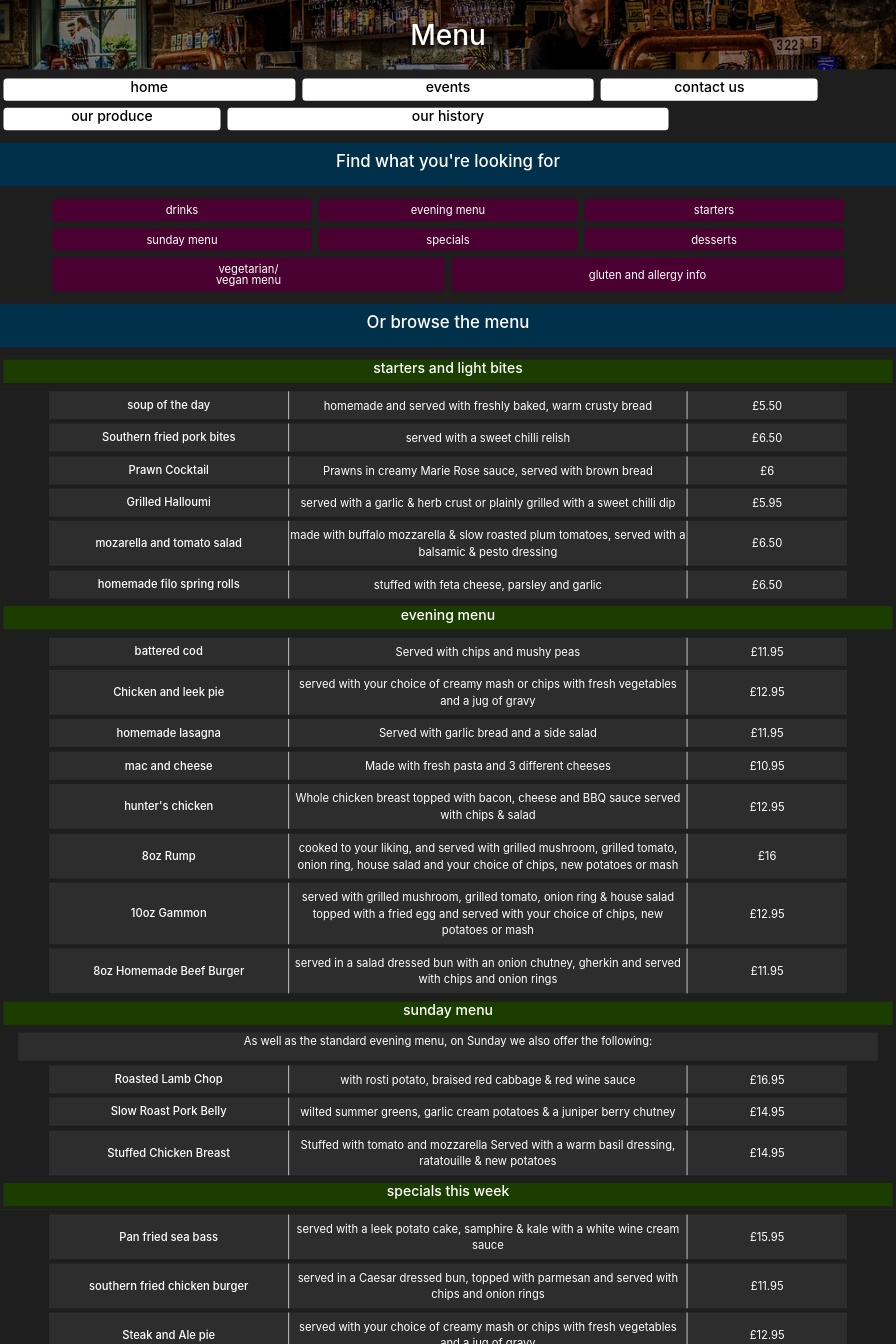
Repository: Code-Institute-Submissions/JamesLStudent-Milestone_One
Page: menu.html
The author's editor kept a record of every edit. The page is drawn from the files as they stood at one moment, then again after the next edit.
The browser window is 1280 px wide. The pictures show the part of the page from y = 0 to 1920 px (the page is 3197 px tall), at 70% of full size.

Above is the page before.
Console error: TypeError: Cannot read properties of undefined (reading 'fn')

### menu.html
<!DOCTYPE html>
<html lang="en">

<head>
    <meta charset="UTF-8">
    <meta name="viewport" content="width=device-width, initial-scale=1.0">
    <meta http-equiv="X-UA-Compatible" content="ie=edge">
    <title>Old Inn - Menu</title>
    <link href="Assets/main.css" rel="stylesheet" type="text/css" />
    <link rel="stylesheet" href="https://stackpath.bootstrapcdn.com/bootstrap/4.3.1/css/bootstrap.min.css" integrity="sha384-ggOyR0iXCbMQv3Xipma34MD+dH/1fQ784/j6cY/iJTQUOhcWr7x9JvoRxT2MZw1T" crossorigin="anonymous">
    <script src="https://stackpath.bootstrapcdn.com/bootstrap/4.3.1/js/bootstrap.min.js" integrity="sha384-JjSmVgyd0p3pXB1rRibZUAYoIIy6OrQ6VrjIEaFf/nJGzIxFDsf4x0xIM+B07jRM" crossorigin="anonymous"></script>
</head>

<body class="bg">
    <div class="menu-h1-background">
        <h1>Menu</h1>
    </div>

    <div class="dropdown-vis">
        <input id="check01" type="checkbox" name="menu" />
        <label class="black-text navigation-menu" for="check01"><h5>more info</h5></label>
        <ul class="submenu">
            <li>
                <a href="index.html">
                    <div class="col-6 col-md-12 col-lg-3 navigation-item black-text">
                        <h5>home</h5>
                    </div>
                </a>
                <a href="events.html">
                    <div class="col-6 col-md-12 col-lg-3 navigation-item black-text">
                        <h5>events</h5>
                    </div>
                </a>
                <a href="contacts.html">
                    <div class="col-12 col-md-12 col-lg-3 navigation-item black-text">
                        <h5>contact us</h5>
                    </div>
                </a>
                <a href="produce.html">
                    <div class="col-12 col-md-12 col-lg-3 navigation-item black-text">
                        <h5>our produce</h5>
                    </div>
                </a>
                <a href="history.html">
                    <div class="col-12 col-md-12 col-lg-3 navigation-item black-text">
                        <h5>our history</h5>
                    </div>
                </a>
            </li>
        </ul>
    </div>
    <div class="desktop-nav">
        <a href="index.html">
            <div class="col-6 col-md-12 col-lg-4 navigation-item black-text">
                <h5>home</h5>
            </div>
        </a>
        <a href="events.html">
            <div class="col-6 col-md-12 col-lg-4 navigation-item black-text">
                <h5>events</h5>
            </div>
        </a>
        <a href="contacts.html">
            <div class="col-12 col-md-12 col-lg-3 navigation-item black-text">
                <h5>contact us</h5>
            </div>
        </a>
        <a href="produce.html">
            <div class="col-12 col-md-12 col-lg-3 navigation-item black-text">
                <h5>our produce</h5>
            </div>
        </a>
        <a href="history.html">
            <div class="col-12 col-md-12 col-lg-6 navigation-item black-text">
                <h5>our history</h5>
            </div>
        </a>
    </div>
    <div class="centerer">
        <div class="subtitle">
            <h4>Find what you're looking for</h4>
        </div>
        <div class="spacer"></div>
        <div class="container">
            <div class="row">
                <a href="#drinks" class="small-link col-4">
                    <p class="vert-align">drinks</p>
                </a>
                <a href="#evening" class="small-link col-4">
                    <p class="vert-align">evening menu</p>
                </a>
                <a href="#starters" class="small-link col-4">
                    <p class="vert-align">starters</p>
                </a>
                <a href="#sunday" class="small-link col-4">
                    <p class="vert-align">sunday menu</p>
                </a>
                <a href="#specials" class="small-link col-4">
                    <p class="vert-align">specials</p>
                </a>
                <a href="#desserts" class="small-link col-4">
                    <p class="vert-align">desserts</p>
                </a>
                <a href="#vegan" class="small-link col-6">
                    <p class="vert-align">vegetarian/<br>vegan menu</p>
                </a>
                <a href="#gluten" class="small-link col-6">
                    <p class="vert-align">gluten and allergy info</p>
                </a>
            </div>
        </div>
        <div class="subtitle">
            <h4>Or browse the menu</h4>
        </div>
        <div class="spacer"></div>
        <div class="sub-box">
            <h5 id="starters">starters and light bites</h5>
        </div>
        <div class="alt-link container">
            <div class="row">
                <span class="food">
                    <h6 class="vert-align">
                        soup of the day
                    </h6>
                </span>
                <span class="food-desc ">
                    <p class="vert-align">
                        homemade and served with freshly baked, warm crusty bread
                    </p>
                </span>
                <span class="food-cost">
                    <p class="vert-align">
                        £5.50
                    </p>
                </span>
            </div>
        </div>
        <div class="alt-link container">
            <div class="row">
                <span class="food">
                    <h6 class="vert-align">
                        Southern fried pork bites
                    </h6>
                </span>
                <span class="food-desc">
                    <p class="vert-align">
                        served with a sweet chilli relish
                    </p>
                </span>
                <span class="food-cost">
                    <p class="vert-align">£6.50</p>
                </span>
            </div>
        </div>
        <div class="alt-link container">
            <div class="row">
                <span class="food">
                    <h6 class="vert-align">Prawn Cocktail</h6>
                </span>
                <span class="food-desc">
                    <p class="vert-align">Prawns in creamy Marie Rose sauce, served with brown bread</p>
                </span>
                <span class="food-cost">
                    <p class="vert-align">£6</p>
                </span>
            </div>
        </div>
        <div class="alt-link container">
            <div class="row">
                <span class="food">
                    <h6 class="vert-align">Grilled Halloumi</h6>
                </span>
                <span class="food-desc">
                    <p class="vert-align">served with a garlic & herb crust or plainly grilled with a sweet chilli dip</p>
                </span>
                <span class="food-cost">
                    <p class="vert-align">£5.95</p>
                </span>
            </div>
        </div>
        <div class="alt-link container">
            <div class="row">
                <span class="food">
                    <h6 class="vert-align">mozarella and tomato salad</h6>
                </span>
                <span class="food-desc">
                    <p class="vert-align">made with buffalo mozzarella & slow roasted plum tomatoes, served with a balsamic & pesto dressing</p>
                </span>
                <span class="food-cost">
                    <p class="vert-align">£6.50</p>
                </span>
            </div>
        </div>
        <div class="alt-link container">
            <div class="row">
                <span class="food">
                    <h6 class="vert-align">homemade filo spring rolls</h6>
                </span>
                <span class="food-desc">
                    <p class="vert-align">stuffed with feta cheese, parsley and garlic</p>
                </span>
                <span class="food-cost">
                    <p class="vert-align">£6.50</p>
                </span>
            </div>
        </div>
        <div class="sub-box">
            <h5 id="evening">evening menu</h5>
        </div>
        <div class="alt-link container">
            <div class="row">
                <span class="food">
                    <h6 class="vert-align">battered cod</h6>
                </span>
                <span class="food-desc">
                    <p class="vert-align">Served with chips and mushy peas</p>
                </span>
                <span class="food-cost">
                    <p class="vert-align">£11.95</p>
                </span>
            </div>
        </div>
        <div class="alt-link container">
            <div class="row">
                <span class="food">
                    <h6 class="vert-align">Chicken and leek pie</h6>
                </span>
                <span class="food-desc">
                    <p class="vert-align">served with your choice of creamy mash or chips with fresh vegetables and a jug of gravy</p>
                </span>
                <span class="food-cost">
                    <p class="vert-align">£12.95</p>
                </span>
            </div>
        </div>
        <div class="alt-link container">
            <div class="row">
                <span class="food">
                    <h6 class="vert-align">homemade lasagna</h6>
                </span>
                <span class="food-desc">
                    <p class="vert-align">Served with garlic bread and a side salad</p>
                </span>
                <span class="food-cost">
                    <p class="vert-align">£11.95</p>
                </span>
            </div>
        </div>
        <div class="alt-link container">
            <div class="row">
                <span class="food">
                    <h6 class="vert-align">mac and cheese</h6>
                </span>
                <span class="food-desc">
                    <p class="vert-align">Made with fresh pasta and 3 different cheeses</p>
                </span>
                <span class="food-cost">
                    <p class="vert-align">£10.95</p>
                </span>
            </div>
        </div>
        <div class="alt-link container">
            <div class="row">
                <span class="food">
                    <h6 class="vert-align">hunter's chicken</h6>
                </span>
                <span class="food-desc">
                    <p class="vert-align">Whole chicken breast topped with bacon, cheese and BBQ sauce served with chips & salad</p>
                </span>
                <span class="food-cost">
                    <p class="vert-align">£12.95</p>
                </span>
            </div>
        </div>
        <div class="alt-link container">
            <div class="row">
                <span class="food">
                    <h6 class="vert-align">8oz Rump</h6>
                </span>
                <span class="food-desc">
                    <p class="vert-align">cooked to your liking, and served with grilled mushroom, grilled tomato, onion ring, house salad and your choice of chips, new potatoes or mash</p>
                </span>
                <span class="food-cost">
                    <p class="vert-align">£16</p>
                </span>
            </div>
        </div>
        <div class="alt-link container">
            <div class="row">
                <span class="food">
                    <h6 class="vert-align">10oz Gammon</h6>
                </span>
                <span class="food-desc">
                    <p class="vert-align">served with grilled mushroom, grilled tomato, onion ring & house salad topped with a fried egg and served with your choice of chips, new potatoes or mash </p>
                </span>
                <span class="food-cost">
                    <p class="vert-align">£12.95</p>
                </span>
            </div>
        </div>
        <div class="alt-link container">
            <div class="row">
                <span class="food">
                    <h6 class="vert-align">8oz Homemade Beef Burger</h6>
                </span>
                <span class="food-desc">
                    <p class="vert-align">served in a salad dressed bun with an onion chutney, gherkin and served with chips and onion rings</p>
                </span>
                <span class="food-cost">
                    <p class="vert-align">£11.95</p>
                </span>
            </div>
        </div>
        <div class="sub-box">
            <h5 id="sunday">sunday menu</h5>
        </div>
        <div class="alt-link">
            <p>As well as the standard evening menu, on Sunday we also offer the following:</p>
        </div>
        <div class="alt-link container">
            <div class="row">
                <span class="food">
                    <h6 class="vert-align">Roasted Lamb Chop</h6>
                </span>
                <span class="food-desc">
                    <p class="vert-align">with rosti potato, braised red cabbage & red wine sauce</p>
                </span>
                <span class="food-cost">
                    <p class="vert-align">£16.95</p>
                </span>
            </div>
        </div>
        <div class="alt-link container">
            <div class="row">
                <span class="food">
                    <h6 class="vert-align">Slow Roast Pork Belly</h6>
                </span>
                <span class="food-desc">
                    <p class="vert-align">wilted summer greens, garlic cream potatoes & a juniper berry chutney</p>
                </span>
                <span class="food-cost">
                    <p class="vert-align">£14.95</p>
                </span>
            </div>
        </div>
        <div class="alt-link container">
            <div class="row">
                <span class="food">
                    <h6 class="vert-align">Stuffed Chicken Breast</h6>
                </span>
                <span class="food-desc">
                    <p class="vert-align">Stuffed with tomato and mozzarella Served with a warm basil dressing, ratatouille & new potatoes</p>
                </span>
                <span class="food-cost">
                    <p class="vert-align">£14.95</p>
                </span>
            </div>
        </div>
        <div class="sub-box">
            <h5 id="specials">specials this week</h5>
        </div>
        <div class="alt-link container">
            <div class="row">
                <span class="food">
                    <h6 class="vert-align">Pan fried sea bass</h6>
                </span>
                <span class="food-desc">
                    <p class="vert-align">served with a leek potato cake, samphire & kale with a white wine cream sauce</p>
                </span>
                <span class="food-cost">
                    <p class="vert-align">£15.95</p>
                </span>
            </div>
        </div>
        <div class="alt-link container">
            <div class="row">
                <span class="food">
                    <h6 class="vert-align">southern fried chicken burger</h6>
                </span>
                <span class="food-desc">
                    <p class="vert-align">served in a Caesar dressed bun, topped with parmesan and served with chips and onion rings</p>
                </span>
                <span class="food-cost">
                    <p class="vert-align">£11.95</p>
                </span>
            </div>
        </div>
        <div class="alt-link container">
            <div class="row">
                <span class="food">
                    <h6 class="vert-align">Steak and Ale pie</h6>
                </span>
                <span class="food-desc">
                    <p class="vert-align">served with your choice of creamy mash or chips with fresh vegetables and a jug of gravy</p>
                </span>
                <span class="food-cost">
                    <p class="vert-align">£12.95</p>
                </span>
            </div>
        </div>
        <div class="sub-box">
            <h5 id="desserts">desserts</h5>
        </div>
        <div class="alt-link container">
            <div class="row">
                <span class="food">
                    <h6 class="vert-align">lemon cheesecake</h6>
                </span>
                <span class="food-desc ">
                    <p class="vert-align">made in-house with fresh lemon and served with either cream or ice cream</p>
                </span>
                <span class="food-cost">
                    <p class="vert-align">£5.50</p>
                </span>
            </div>
        </div>
        <div class="alt-link container">
            <div class="row">
                <span class="food">
                    <h6 class="vert-align">hot chocolate fudgecake</h6>
                </span>
                <span class="food-desc">
                    <p class="vert-align">with chocolate sauce melted chocolate fudge, served with ice cream or cream</p>
                </span>
                <span class="food-cost">
                    <p class="vert-align">£6</p>
                </span>
            </div>
        </div>
        <div class="alt-link container">
            <div class="row">
                <span class="food">
                    <h6 class="vert-align">raspberry pavlova</h6>
                </span>
                <span class="food-desc">
                    <p class="vert-align">with chewy meringue and sweet raspberries and cream</p>
                </span>
                <span class="food-cost">
                    <p class="vert-align">£5.50</p>
                </span>
            </div>
        </div>
        <div class="sub-box">
            <h5 id="vegan">vegan and vegetarian options</h5>
        </div>
        <div class="alt-link container">
            <div class="row">
                <span class="food">
                    <h6 class="vert-align">vegetable chilli</h6>
                </span>
                <span class="food-desc ">
                    <p class="vert-align">made with roast vegetables with a sauce made in-house and served with fluffy rice. sour cream available for vegetarians</p>
                </span>
                <span class="food-cost">
                    <p class="vert-align">£9.50</p>
                </span>
            </div>
        </div>
        <div class="alt-link container">
            <div class="row">
                <span class="food">
                    <h6 class="vert-align">asparagus and lemon spaghetti</h6>
                </span>
                <span class="food-desc">
                    <p class="vert-align">made with fresh ingredients and served in a creamy vegan sauce</p>
                </span>
                <span class="food-cost">
                    <p class="vert-align">£9</p>
                </span>
            </div>
        </div>
        <div class="alt-link container">
            <div class="row">
                <span class="food">
                    <h6 class="vert-align">pizza margherita</h6>
                </span>
                <span class="food-desc">
                    <p class="vert-align">made with vegan mozzarella and homemade tomato sauce on a crispy pizza base</p>
                </span>
                <span class="food-cost">
                    <p class="vert-align">£11.50</p>
                </span>
            </div>
        </div>
        <div class="sub-box">
            <h5 id="drinks">drinks</h5>
        </div>
        <div class="alt-link container">
            <div class="row">
                <span class="food">
                    <h6 class="vert-align">Punk IPA</h6>
                </span>
                <span class="food-desc">
                    <p class="vert-align">Light gold in colour, a perfect match for spicy food or an excellent compliment to a blue cheese</p>
                </span>
                <span class="food-cost">
                    <p class="vert-align">£7</p>
                </span>
            </div>
        </div>
        <div class="alt-link container">
            <div class="row">
                <span class="food">
                    <h6 class="vert-align">Doombar bitter</h6>
                </span>
                <span class="food-desc">
                    <p class="vert-align">A creamy, nutty malt with a dry finish</p>
                </span>
                <span class="food-cost">
                    <p class="vert-align">£6</p>
                </span>
            </div>
        </div>
        <div class="alt-link container">
            <div class="row">
                <span class="food">
                    <h6 class="vert-align">Gem amber ale</h6>
                </span>
                <span class="food-desc">
                    <p class="vert-align">A creamy, nutty malt with a dry finish</p>
                </span>
                <span class="food-cost">
                    <p class="vert-align">£6.50</p>
                </span>
            </div>
        </div>
        <div class="sub-box">
            <h5 id="gluten">gluten and allergy information</h5>
        </div>
        <div class="alt-link">
            <p>our recipes are subject to regular change because we constantly strive to improve. unfortunately, this means we can't always be certain about which foods have gluten or allergens - if you're unsure, ask us in-house, and we'll do our best to
                help you out.</p>
        </div>
        <div class="spacer"></div>
        <footer>
            <div class="footer">
                <div class="col-12 footer-div text-muted">
                    <h5>contact</h5>
                </div>
                <div class="col-12 col-md-6 col-lg-8 left footer-div text-muted left-align">
                    <h6>opening times</h6>
                    <p class="left-align">
                        </br>
                        Mon - Thu: 11:00 - 23:00</br>
                        Fri - Sat: 11:00 - 00:00</br>
                        Sun: 12:00 - 22:30</br>
                        </br>
                    </p>
                    <h6>food served</h6>
                    <p class="left-align">
                        </br>
                        Mon - Fri: 12:00 - 14:30, 17:00 - 21:00</br>
                        Sat: 12:00 - 21:00</br>
                        Sun: 12:00 - 15:00, 17:30 - 20:00</p>
                </div>
                <div class="col-12 col-md-6 col-lg-4 left footer-div text-muted left-align">
                    <h6>contact details</h6>
                    <p class="left-align">
                        </br>Fake Street, Coalpit Heath, Bristol, FA73 0NE</br>01454 123456</br>
                        info@oldinncoalpitheath.co.uk</p>
                    <h6>
                        </br>follow us</h6>
                    <p>
                        </br>facebook link</p>
                </div>
            </div>
        </footer>
    </div>
</body>

</html>

Loaded but not shown: Assets/main.css (452 lines, source omitted)

After the next edit:
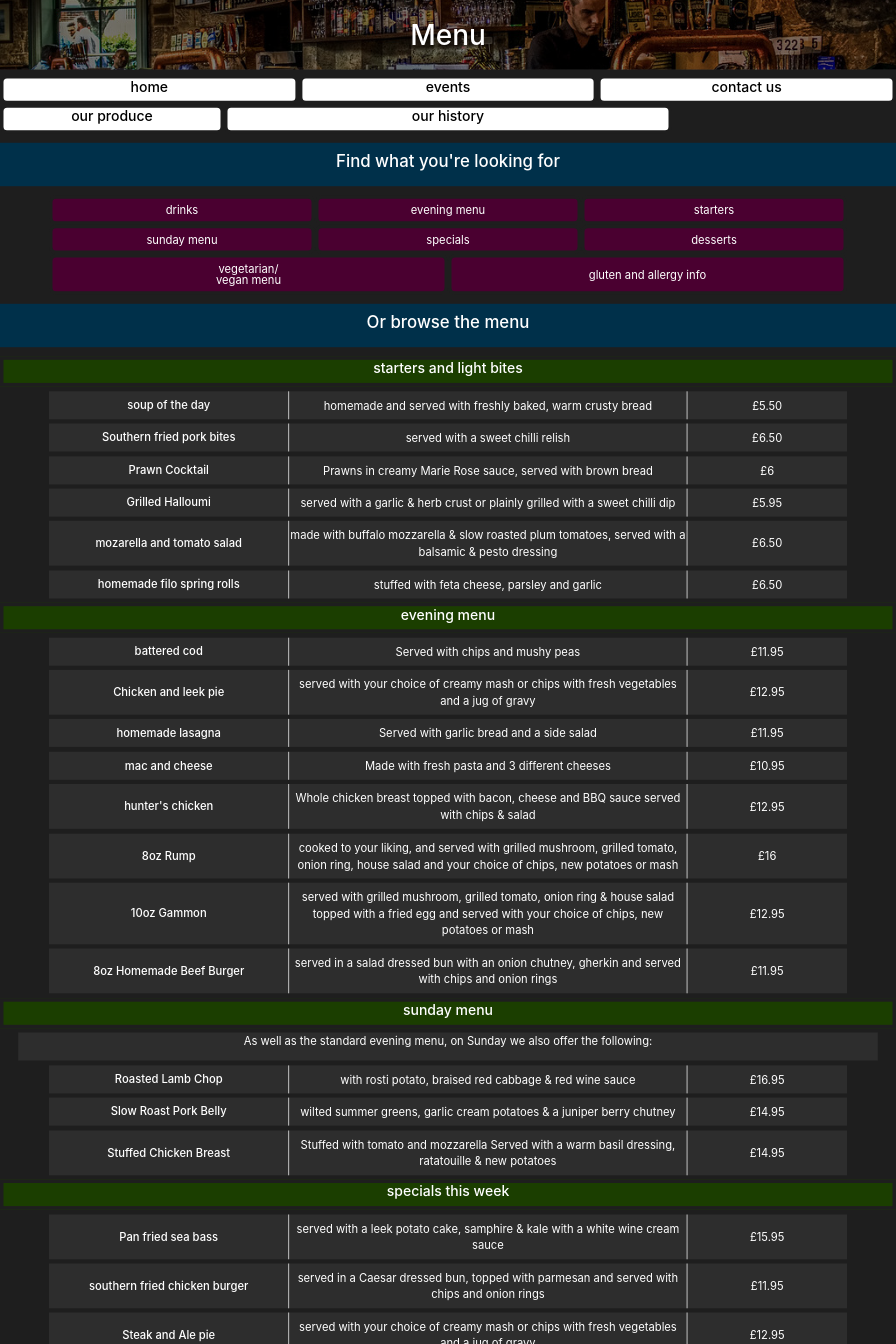
The edit:
--- a/menu.html
+++ b/menu.html
@@ -61,7 +61,7 @@
             </div>
         </a>
         <a href="contacts.html">
-            <div class="col-12 col-md-12 col-lg-3 navigation-item black-text">
+            <div class="col-12 col-md-12 col-lg-4 navigation-item black-text">
                 <h5>contact us</h5>
             </div>
         </a>
